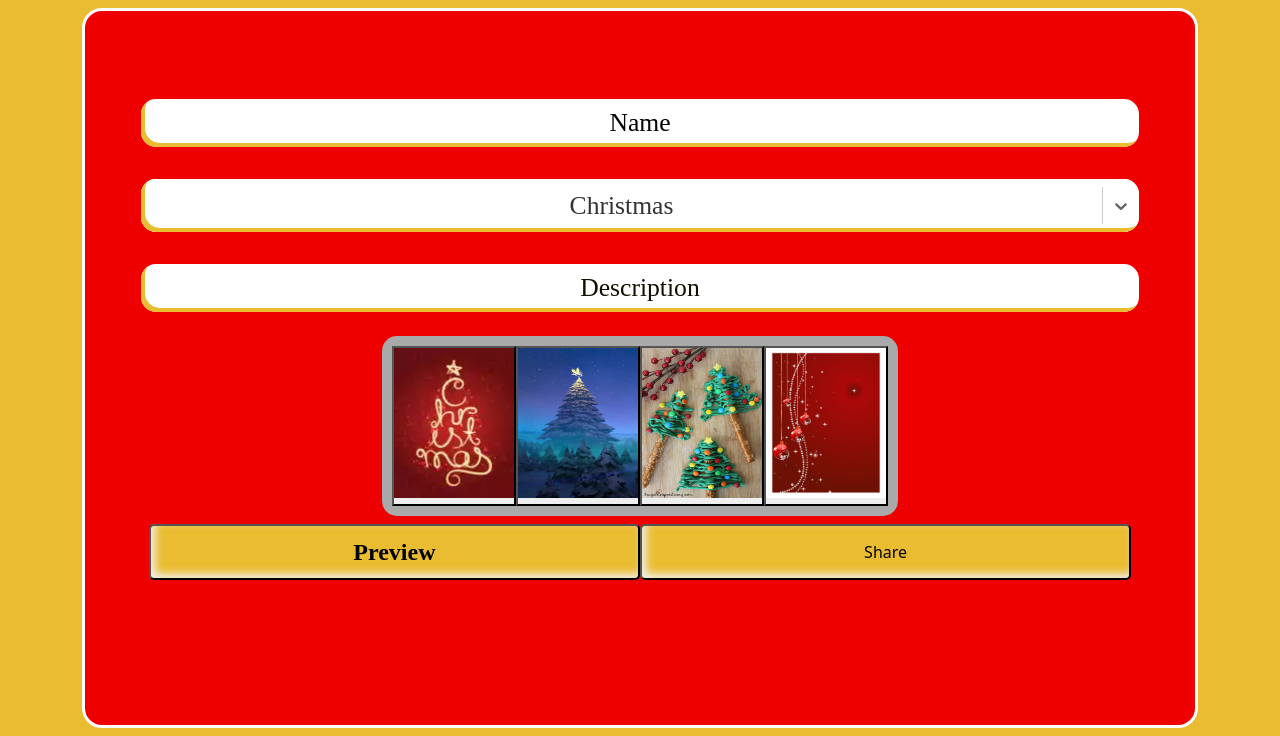
Repository: Haneef-Shaik/Greetings
Page: /
These files come from the project's save history. The page is drawn as it stood at one moment and after the next save; the edit follows.
The browser window is 1280 px wide. The pictures show the whole page.
The project was rebuilt for these pictures with package versions that can differ from the ones it lists, and the page was loaded fresh each time. The framework's server and built-in components were replaced by stand-ins that run in the browser. Also part of the build but not shown: next.config.js, styles/card.module.scss, components/card.js, styles/socialShare.module.scss, components/socialShare.js.

Above is the page before, as saved 2021-12-05 22:22:44.

### pages/_app.js
import '../styles/globals.css'
import 'bootstrap/dist/css/bootstrap.css'


function MyApp({ Component, pageProps }) {
  return <Component {...pageProps} />
}

export default MyApp

### pages/index.jsx
import Card from "../components/card.js";
import {useRouter} from 'next/router';
import Ss from "../components/socialShare"
import InpFrm from "../components/inpForm"

export default function Home() {
  const {query} = useRouter();

  if(query.length > 0)
  {

    if(query.greeting)
    {
      return (
        <>
          <Card event={query.event} image={query.bgImg} name={query.name} greeting={query.greeting}  />
        </>
          )
    }
    else
    {
      return (
        <>
          <Card event={query.event} image={query.bgImg} name={query.name}  />
        </>
          )
    }

  }
  else
  {
    return (
        <>
        <InpFrm/>
        </>
        )
  }

}

### styles/globals.css
*{
    margin: 0;
    padding: 0;
}
.ReactModal__Content{
    display: flex;
    justify-content: center;
    align-items:center;
    flex-direction: column;

    background-color:transparent !important;
}
.ReactModal__Overlay {
    opacity: 0;
    transition: opacity 2000ms ease-in-out;
}

.ReactModal__Overlay--after-open{
    opacity: 1;
}

.ReactModal__Overlay--before-close{
    opacity: 0;
}

### components/inpForm.jsx
import React, {useState,useRef} from 'react'

import 'bootstrap/dist/css/bootstrap.min.css';
import IMAGE from 'next/image';
import styles from '../styles/form.module.scss';
import SELECT from 'react-select';
import Link from 'next/link'



function Edit() {

    const festivals=[

        {label: 'Christmas',value: 'christmas'},
        {label: 'New Year',value: 'newYear'}

    ];

    const [desc,setDesc]=useState("");
    const [UserName,setName]=useState("Name");
    const [festivalName,setFestivalName]=useState(festivals[0].value);
    const [IMG1,setImg]=useState("");


    const customStyles = {
        control: (provided,state) => ({
        ...provided,
        margin:'0',
        padding:'0',
        textAlign:'center',
        fontFamily: 'Times New Roman',
        fontSize:'1.6rem',
        border:'none',
        backgroundColor:'#fff',
        borderRadius:'15px',
        boxShadow:'inset 4px -4px 0px #EABC32 ',
        lineHeight:'2.6rem',
    }),

    option: (provided,state) => ({
        ...provided,
        margin:'0',
        padding:'0',
        textAlign:'center',
        fontFamily: 'Times New Roman',
        fontSize:'1.6rem',
        border:'none',
        backgroundColor:'#fff',
        borderRadius:'15px',
        boxShadow:'inset 4px -4px 0px #EABC32',
        lineHeight:'2.6rem',
        marginTop:'10px',
        color:'#000'
    }),
    placeholder: (provided, state) => ({
        ...provided,
        color:'#000',
        boxShadow:'none'
    })

}




    return (
        <div className="container-fluid p-2 "  style={{backgroundColor:'#EABC32'} }>
            <div className="container">
                <div className="row">
                    <div className="col-12">
                        <div className={styles.formContainer} >
                            <form className="formStyle p-0">
                                <input type="text" value={UserName} placeholder="Enter Your Name" className={styles.myInp} onChange= { (e)=>{setName(e.target.value) } } required/>

                                <SELECT
                                    styles={customStyles}
                                    options={festivals}
                                    defaultValue={festivals[0]}
                                    onChange= { (e)=>{setFestivalName(e.value)} }
                                    className={styles.myInp}
                                    classNamePrefix="festival"
                                    placeholder="EVENT"
                                    autoFocus
                                    isSearchable

                                />
                                <input type="text" value={desc} placeholder="Description" className={styles.myInp} onChange= { (e)=>{setDesc(e.target.value)} } optional="true" />

                                <div className="d-flex justify-content-around align-items-center flex-wrap mt-4" style={{backgroundColor:'darkgrey',borderRadius:'15px',padding:'10px'}}>


                                    {/* <IMAGE className={styles.btnhighlight} onClick={(e)=>{setImg('1' )}} src={`/images/${festivalName}/1.webp`} width="120" height="150" loading='eager' priority/>
                                    <IMAGE className={styles.btnhighlight} onClick={(e)=>{setImg('2' )}} src={`/images/${festivalName}/2.webp`} width="120" height="150" loading='eager' priority/>
                                    <IMAGE className={styles.btnhighlight} onClick={(e)=>{setImg('3' )}} src={`/images/${festivalName}/3.webp`} width="120" height="150" loading='eager' priority/>
                                    <IMAGE className={styles.btnhighlight} onClick={(e)=>{setImg('4' )}} src={`/images/${festivalName}/4.webp`} width="120" height="150" loading='eager' priority/>                        */}


                                <button   checked className={styles.btnhighlight} onClick={(e)=>{setImg('1' )}}>
                                    <IMAGE  src={`/images/${festivalName}/1.webp`} width="120" height="150" loading='eager' priority/>
                                </button>

                                <button  className={styles.btnhighlight} onClick={(e)=>{setImg('2' )}}>
                                    <IMAGE  src={`/images/${festivalName}/2.webp`} width="120" height="150" loading='eager' priority/>

                                </button>

                                <button  className={styles.btnhighlight} onClick={(e)=>{setImg('3' )}}>
                                <IMAGE  src={`/images/${festivalName}/3.webp`} width="120" height="150" loading='eager' priority/>

                                </button>

                                <button  className={styles.btnhighlight} onClick={(e)=>{e.preventDefault(); setImg('4' )}}>
                                <IMAGE  src={`/images/${festivalName}/4.webp`} width="120" height="150" loading='eager' priority/>

                                </button>


                                </div>

                                <div className="footerBanner p-2 m-0 d-flex justify-content-around" style={{width: '100%'}}>
                                    <button className="px-4 py-2" style={{backgroundColor:'#EABC32',boxShadow:'inset 4px -4px 8px #f0f0f0',width:'100%',borderRadius:'5px',color:'#000' }} > <Link href={`/display?event=${festivalName}&name=${festivalName}&bgImg=${IMG1} `} ><a style={{textDecoration: 'none',color:'#000',fontFamily:'Times New Roman',fontWeight:'bold',fontSize:'1.5rem'}}> Preview </a></Link> </button>
                                    <button className="px-4 py-2" style={{backgroundColor:'#EABC32',boxShadow:'inset 4px -4px 8px #f0f0f0',width:'100%',borderRadius:'5px',color:'#000' }} >  Share </button>
                                </div>
                            </form>
                        </div>
                    </div>
                </div>
            </div>
        </div>
    )
}

export default Edit;

### styles/form.module.scss
.formContainer{
    padding:5%;
    min-height:100vh;
    background-color:#e00;
    border:3px solid #fff;
    border-radius:20px;
    // background: linear-gradient(#920000,#800000,#6D0000,#490000);
    .myInp {
        margin-top:2rem;
        text-align:center;
        font-family: 'Times New Roman', Times, serif;
        font-size:1.6rem;
        border:none;

        background-color:#fff;
        border-radius:15px;
        box-shadow: inset 4px -4px 0px #EABC32  ;
        line-height:3rem;
        width:100%;
        &::placeholder{
            color:#120E02;
        }
    }
    form{
        display: flex;
        align-items:center;
        justify-content: space-evenly;
        flex-direction: column;
        flex-wrap: wrap;

    }
    .bgImg:active{
        border: 5px solid white;
    }
  }
  .footerBanner{
    width:100vw;
  }

  .btnhighlight:active,
  .btnhighlight:focus
  {
    border:.5rem solid #00c;
  }

After the next save:
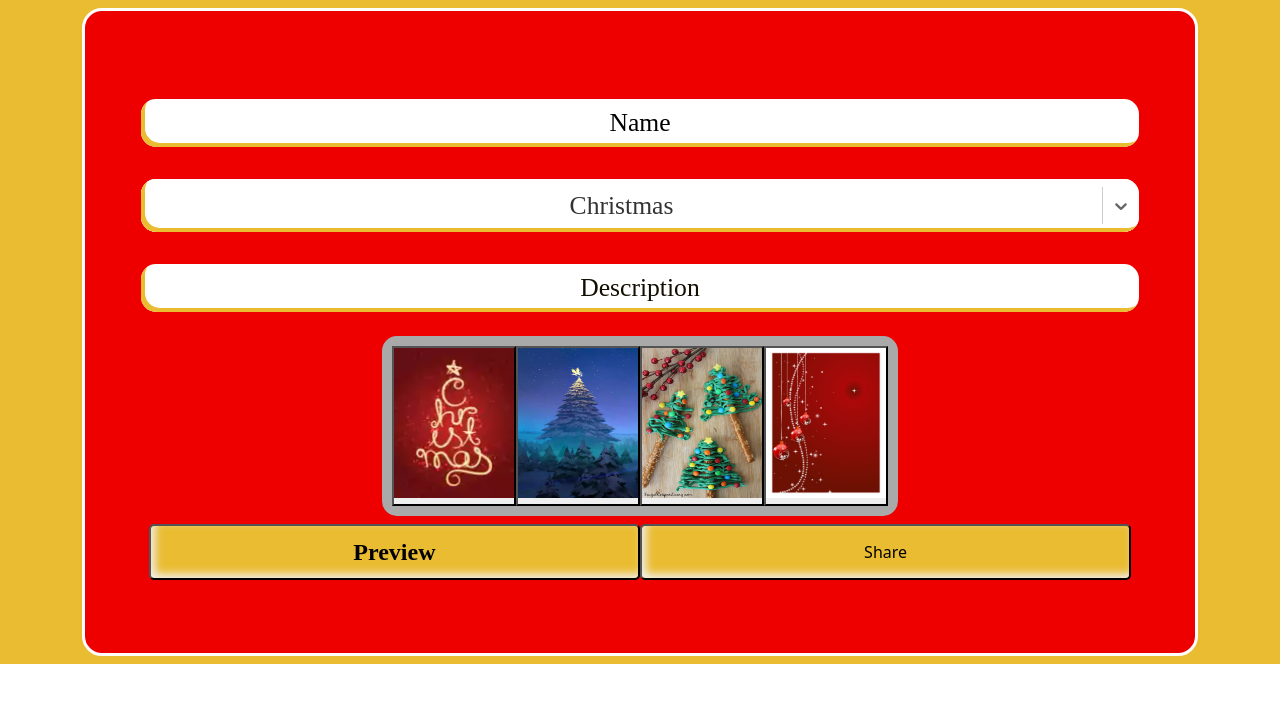
Saved 16 s later.
--- a/styles/form.module.scss
+++ b/styles/form.module.scss
@@ -1,6 +1,6 @@
 .formContainer{
     padding:5%;
-    min-height:100vh;
+    min-height:90vh;
     background-color:#e00;
     border:3px solid #fff;
     border-radius:20px;

After the save that followed:
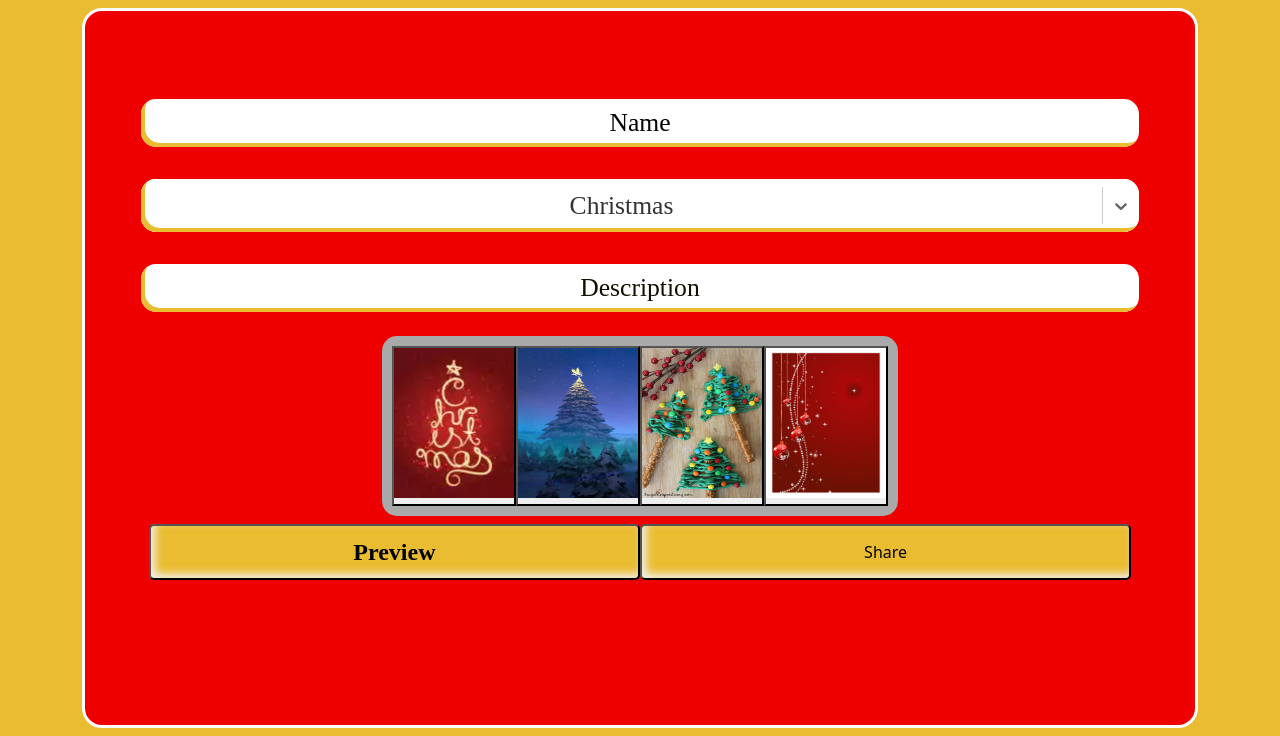
Saved 6 s later.
--- a/styles/form.module.scss
+++ b/styles/form.module.scss
@@ -1,6 +1,6 @@
 .formContainer{
     padding:5%;
-    min-height:90vh;
+    min-height:100vh;
     background-color:#e00;
     border:3px solid #fff;
     border-radius:20px;
